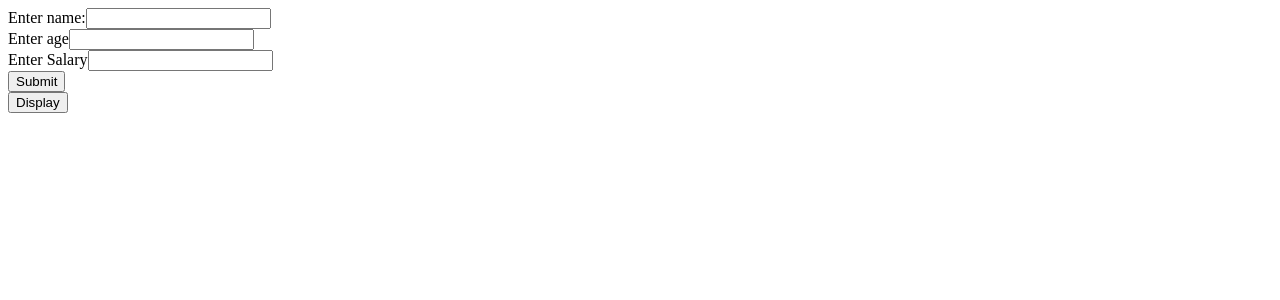
Repository: nihitsaxena95/NihitJava_Practice
Page: Nihitsamplee/Javaee1/Logged/WebContent/index.html
These files come from the project's save history. The page is drawn as it stood at one moment and after the next save; the edit follows.
The browser window is 1280 px wide. The pictures show the whole page.

Above is the page before, as saved 2017-07-13 06:35:35.

### Nihitsamplee/Javaee1/Logged/WebContent/index.html
<!DOCTYPE html>
<html>
<head>
<meta charset="ISO-8859-1">
<title>Insert title here</title>
</head>
<body>
<form action="View" method="get">
Enter name:<input type="text" name="name">
<br>Enter age<input type="number" name="age">
<br>Enter Salary<input type="number" name="salary">
<br><button type="submit">Submit</button>
</form>
<button action="Viewdata" type="submit">Display</button>
</body>
</html>

After the next save:
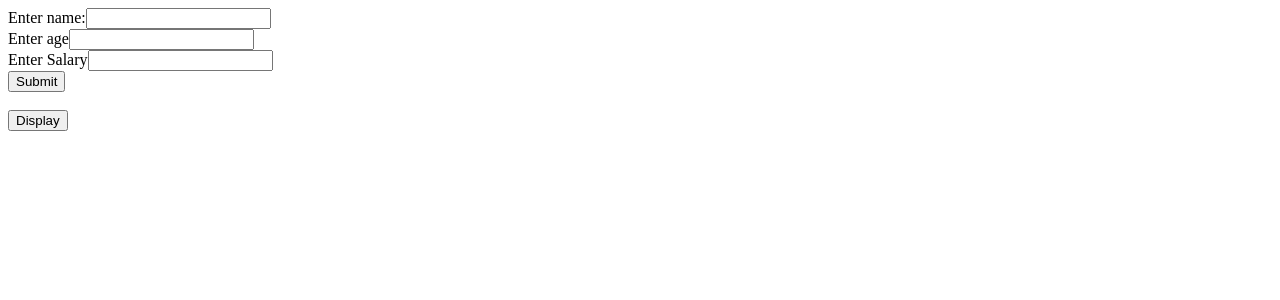
Saved 5 s later.
--- a/Nihitsamplee/Javaee1/Logged/WebContent/index.html
+++ b/Nihitsamplee/Javaee1/Logged/WebContent/index.html
@@ -11,6 +11,6 @@
 <br>Enter Salary<input type="number" name="salary">
 <br><button type="submit">Submit</button>
 </form>
-<button action="Viewdata" type="submit">Display</button>
+<br><button action="Viewdata" type="submit">Display</button>
 </body>
 </html>
